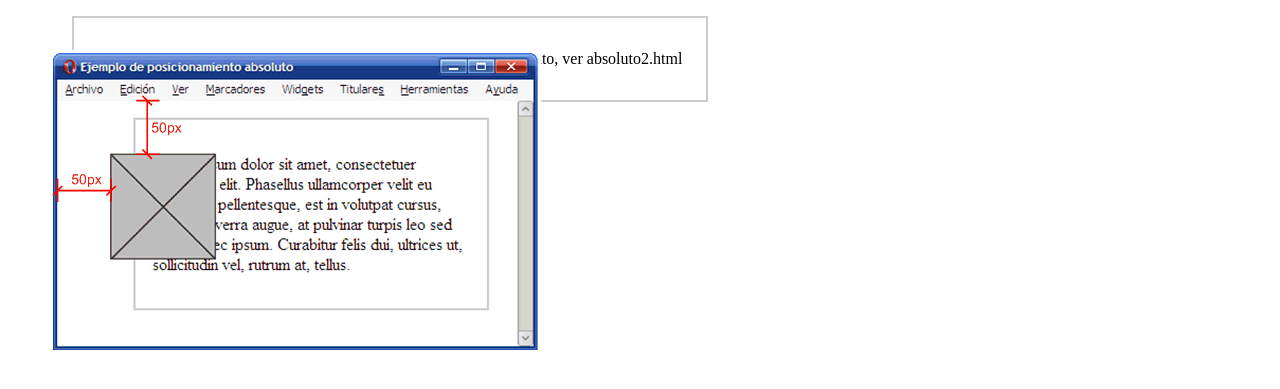
Repository: antonio63j/misNotas
Page: software/CSS/Demos/aptana_proyect/src/absoluto2.html
The author's editor kept a copy of each file at every save. The page is drawn from the files as they stood at one save, then again after the next save.
The browser window is 1280 px wide. The pictures show the whole page.

Above is the page before, as saved 2017-04-23 20:14:35.

After the next save:
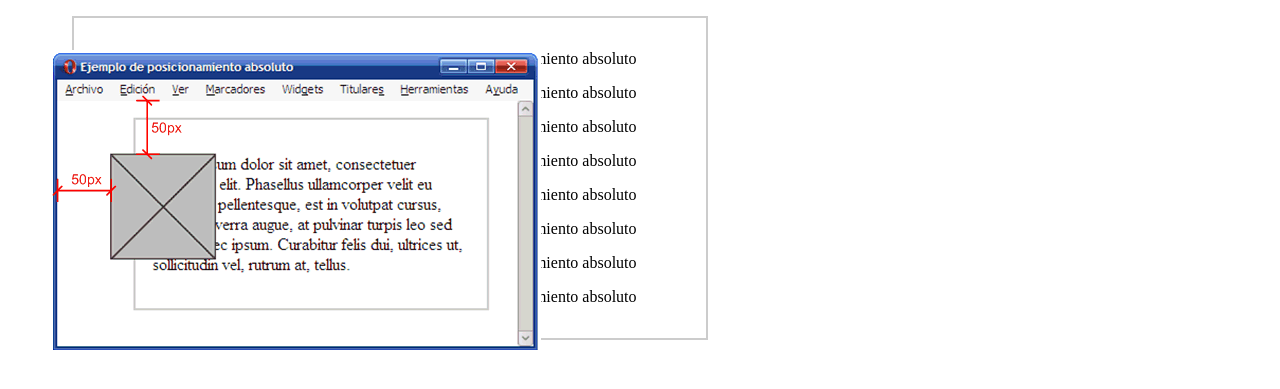
Saved 3 min 55 s later.
--- a/software/CSS/Demos/aptana_proyect/src/absoluto2.html
+++ b/software/CSS/Demos/aptana_proyect/src/absoluto2.html
@@ -27,7 +27,16 @@ div img {
 
 <div>
   <img src="img/imagen-absoluto2.gif" alt="Imagen genérica" />
-  <p>Esto es sin posicionamiento absoluto, para ver posicionamiento absoluto, ver absoluto2.html </p>
+  <p>Esto es con posicionamiento absoluto, la caja div img tiene posicionamiento absoluto </p>
+  <p>Esto es con posicionamiento absoluto, la caja div img tiene posicionamiento absoluto </p>
+  <p>Esto es con posicionamiento absoluto, la caja div img tiene posicionamiento absoluto </p>
+  <p>Esto es con posicionamiento absoluto, la caja div img tiene posicionamiento absoluto </p>
+  <p>Esto es con posicionamiento absoluto, la caja div img tiene posicionamiento absoluto </p>
+  <p>Esto es con posicionamiento absoluto, la caja div img tiene posicionamiento absoluto </p>
+  <p>Esto es con posicionamiento absoluto, la caja div img tiene posicionamiento absoluto </p>
+  <p>Esto es con posicionamiento absoluto, la caja div img tiene posicionamiento absoluto </p>
+
+
 </div>
 
 
